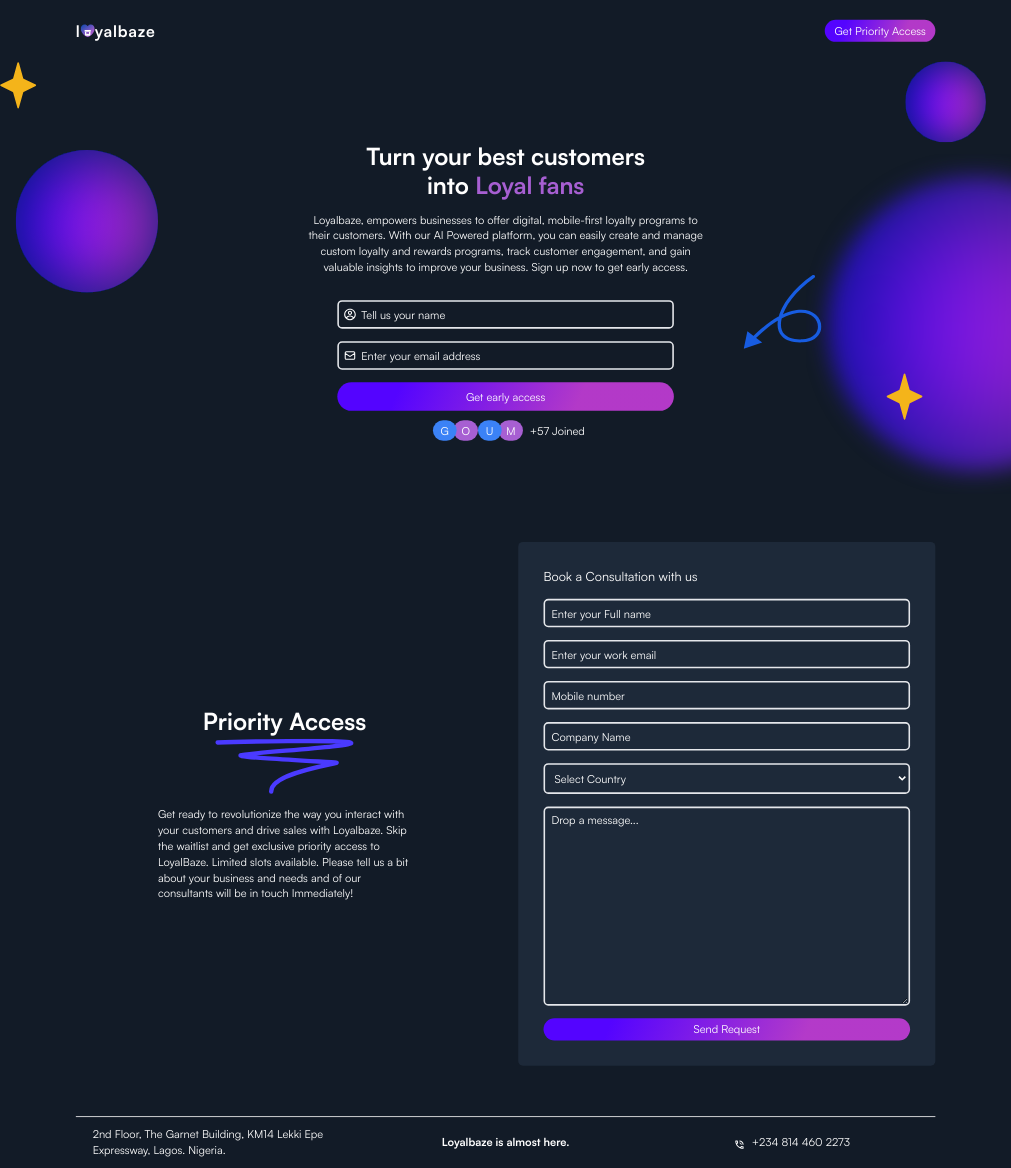
Repository: Jerified/loyalbaze
Page: /
The author's editor kept a copy of each file at every save. The page is drawn from the files as they stood at one save, then again after the next save.
The browser window is 1280 px wide. The pictures show the whole page, at 79% of full size.
The project was rebuilt for these pictures with package versions that can differ from the ones it lists, and the page was loaded fresh each time. The framework's server and built-in components were replaced by stand-ins that run in the browser. Also part of the build but not shown: next.config.js.

Above is the page before, as saved 2023-02-14 17:43:39.

### src/app/layout.tsx
import Header from '@/components/Header'
import localFont from '@next/font/local'
import './globals.css'
// import Providers from '../../';

const satoshi = localFont({
  src: [
    {
      path: '../../public/fonts/Satoshi-Regular.woff2',
      weight: '400',
    },
    {
      path: '../../public/fonts/Satoshi-Bold.woff2',
      weight: '700',
    },
  ]
})

export default function RootLayout({
  children,
}: {
  children: React.ReactNode
}) {
  return (
    <html lang="en">
      <head />
      <body className={satoshi.className}>
          <Header />
          {children}
      </body>
    </html>
  );
}

### src/app/page.tsx
import Contents from "@/components/Contents";
import Footer from "@/components/Footer";
import Form from "@/components/Form";


export default async function Home() {

  return  (
  <main className=''>
    <Contents />
    <Form />
    <Footer />
  </main>
  )
}

### src/components/Header.tsx
import { AiFillHome } from "react-icons/ai";
import { BsFillInfoCircleFill } from "react-icons/bs";
import Link from "next/link";

export default function Header() {
  return (
    <div className="flex justify-between px-8 sm:mx-auto items-center py-6 max-w-6xl mx-auto">
      <div className="text-xl font-semibold tracking-wider flex items-end justify-end">
        l
        <div className="relative">
          <svg
            width="10"
            height="8"
            viewBox="0 0 10 8"
            fill="none"
            xmlns="http://www.w3.org/2000/svg"
            className="absolute bottom-2 right-[0.23rem]"
          >
            <path
              d="M8.42822 3V5.57143C8.42822 6.51857 7.66108 7.28571 6.71394 7.28571H3.28537C2.33822 7.28571 1.57108 6.51857 1.57108 5.57143V3C1.57108 2.76429 1.76394 2.57143 1.99965 2.57143H2.84394C3.07965 2.57143 3.27251 2.76429 3.27251 3V4.34571C3.27295 4.5733 3.36327 4.7915 3.5238 4.95283C3.68432 5.11416 3.90207 5.20556 4.12965 5.20714C4.29251 5.20714 4.45537 5.16 4.59679 5.06571L5.00394 4.8L5.38108 5.05286C5.64251 5.22857 5.97679 5.25 6.25537 5.1C6.53822 4.95 6.71394 4.66286 6.71394 4.34143V3C6.71394 2.76429 6.90679 2.57143 7.14251 2.57143H7.99965C8.23537 2.57143 8.42822 2.76429 8.42822 3ZM9.07108 0.857143V1.28571C9.07108 1.75714 8.84394 2.14286 8.21394 2.14286H1.78537C1.12965 2.14286 0.928223 1.75714 0.928223 1.28571V0.857143C0.928223 0.385714 1.12965 0 1.78537 0H8.21394C8.84394 0 9.07108 0.385714 9.07108 0.857143Z"
              fill="white"
            />
          </svg>

          <span className="w-">
            <svg
              width="18"
              height="30"
              viewBox="0 0 34 30"
              fill="none"
              xmlns="http://www.w3.org/2000/svg"
            >
              <path
                d="M24.4002 0.169922C21.3835 0.169922 18.6835 1.63659 17.0002 3.88659C16.1404 2.73461 15.0239 1.79891 13.7394 1.15375C12.4549 0.508585 11.0376 0.171731 9.60016 0.169922C4.4835 0.169922 0.333496 4.33659 0.333496 9.48659C0.333496 11.4699 0.650163 13.3033 1.20016 15.0033C3.8335 23.3366 11.9502 28.3199 15.9668 29.6866C16.5335 29.8866 17.4668 29.8866 18.0335 29.6866C22.0502 28.3199 30.1668 23.3366 32.8002 15.0033C33.3502 13.3033 33.6668 11.4699 33.6668 9.48659C33.6668 4.33659 29.5168 0.169922 24.4002 0.169922Z"
                fill="url(#paint0_linear_1098_9360)"
              />
              <defs>
                <linearGradient
                  id="paint0_linear_1098_9360"
                  x1="2.3335"
                  y1="0.333333"
                  x2="19.3335"
                  y2="22.5"
                  gradientUnits="userSpaceOnUse"
                >
                  <stop stop-color="#175CE1" stop-opacity="0.71" />
                  <stop offset="1" stop-color="#A75FD2" stop-opacity="0.94" />
                </linearGradient>
              </defs>
            </svg>
          </span>
        </div>
        yalbaze
      </div>

      <button className=" px-3 py-1 rounded-full bg-[linear-gradient(112.92deg,_#5404FF_18.35%,rgba(189,_59,_210,_0.94)_71.49%)] text-sm">
        <div className="bg-inherit">Get Priority Access</div>
      </button>
    </div>
  );
}

### src/app/globals.css


@tailwind base;
@tailwind components;
@tailwind utilities;

body{
  background-color: #121B27;
  color: white;
  font-family: 'satoshi';
}

@layer components {
  input {
  @apply bg-inherit border-2 w-full rounded-md py-1 px-2 pl-2 placeholder:text-[14px] caret-[#A75FD2] outline-none placeholder:text-white
  }
}

### src/components/Contents.tsx
import React from 'react'
import {CgProfile} from 'react-icons/cg'
import { HiOutlineMail } from "react-icons/hi";

const Contents = () => {
  return (
    <div className="pt-8 lg:pt-0 pb-16 relative px-8">
      <div className="hidden lg:flex justify-end">
        <svg
          width="102"
          height="102"
          viewBox="0 0 102 102"
          fill="none"
          xmlns="http://www.w3.org/2000/svg"
        >
          <g filter="url(#filter0_i_1098_9860)">
            <circle
              cx="51"
              cy="51"
              r="51"
              fill="url(#paint0_linear_1098_9860)"
            />
          </g>
          <defs>
            <filter
              id="filter0_i_1098_9860"
              x="0"
              y="0"
              width="103.02"
              height="104.04"
              filterUnits="userSpaceOnUse"
              color-interpolation-filters="sRGB"
            >
              <feFlood flood-opacity="0" result="BackgroundImageFix" />
              <feBlend
                mode="normal"
                in="SourceGraphic"
                in2="BackgroundImageFix"
                result="shape"
              />
              <feColorMatrix
                in="SourceAlpha"
                type="matrix"
                values="0 0 0 0 0 0 0 0 0 0 0 0 0 0 0 0 0 0 127 0"
                result="hardAlpha"
              />
              <feOffset dx="1.02" dy="2.04" />
              <feGaussianBlur stdDeviation="25.5" />
              <feComposite
                in2="hardAlpha"
                operator="arithmetic"
                k2="-1"
                k3="1"
              />
              <feColorMatrix
                type="matrix"
                values="0 0 0 0 0 0 0 0 0 0.113725 0 0 0 0 0.431373 0 0 0 1 0"
              />
              <feBlend
                mode="normal"
                in2="shape"
                result="effect1_innerShadow_1098_9860"
              />
            </filter>
            <linearGradient
              id="paint0_linear_1098_9860"
              x1="5.1"
              y1="70.89"
              x2="100.108"
              y2="75.3654"
              gradientUnits="userSpaceOnUse"
            >
              <stop stop-color="#5404FF" />
              <stop offset="0.899616" stop-color="#BA2AD1" />
            </linearGradient>
          </defs>
        </svg>
      </div>
      <div className="absolute left-5 hidden lg:block -z-1">
        <svg
          width="180"
          height="200"
          viewBox="0 0 200 200"
          fill="none"
          xmlns="http://www.w3.org/2000/svg"
        >
          <g filter="url(#filter0_i_3346_6249)">
            <circle
              cx="100"
              cy="100"
              r="100"
              fill="url(#paint0_linear_3346_6249)"
            />
          </g>
          <defs>
            <filter
              id="filter0_i_3346_6249"
              x="0"
              y="0"
              width="202"
              height="204"
              filterUnits="userSpaceOnUse"
              color-interpolation-filters="sRGB"
            >
              <feFlood flood-opacity="0" result="BackgroundImageFix" />
              <feBlend
                mode="normal"
                in="SourceGraphic"
                in2="BackgroundImageFix"
                result="shape"
              />
              <feColorMatrix
                in="SourceAlpha"
                type="matrix"
                values="0 0 0 0 0 0 0 0 0 0 0 0 0 0 0 0 0 0 127 0"
                result="hardAlpha"
              />
              <feOffset dx="2" dy="4" />
              <feGaussianBlur stdDeviation="50" />
              <feComposite
                in2="hardAlpha"
                operator="arithmetic"
                k2="-1"
                k3="1"
              />
              <feColorMatrix
                type="matrix"
                values="0 0 0 0 0 0 0 0 0 0.113725 0 0 0 0 0.431373 0 0 0 1 0"
              />
              <feBlend
                mode="normal"
                in2="shape"
                result="effect1_innerShadow_3346_6249"
              />
            </filter>
            <linearGradient
              id="paint0_linear_3346_6249"
              x1="10"
              y1="139"
              x2="196.289"
              y2="147.775"
              gradientUnits="userSpaceOnUse"
            >
              <stop stop-color="#5404FF" />
              <stop offset="0.899616" stop-color="#BA2AD1" />
            </linearGradient>
          </defs>
        </svg>
      </div>
      <div className="absolute right-0 hidden lg:block -z-1">
        <svg
          width="260"
          height="460"
          viewBox="0 0 279 460"
          fill="none"
          xmlns="http://www.w3.org/2000/svg"
        >
          <g filter="url(#filter0_if_3250_3646)">
            <circle
              cx="230"
              cy="230"
              r="200"
              fill="url(#paint0_linear_3250_3646)"
            />
          </g>
          <defs>
            <filter
              id="filter0_if_3250_3646"
              x="0"
              y="0"
              width="460"
              height="460"
              filterUnits="userSpaceOnUse"
              color-interpolation-filters="sRGB"
            >
              <feFlood flood-opacity="0" result="BackgroundImageFix" />
              <feBlend
                mode="normal"
                in="SourceGraphic"
                in2="BackgroundImageFix"
                result="shape"
              />
              <feColorMatrix
                in="SourceAlpha"
                type="matrix"
                values="0 0 0 0 0 0 0 0 0 0 0 0 0 0 0 0 0 0 127 0"
                result="hardAlpha"
              />
              <feOffset dx="4" dy="8" />
              <feGaussianBlur stdDeviation="100" />
              <feComposite
                in2="hardAlpha"
                operator="arithmetic"
                k2="-1"
                k3="1"
              />
              <feColorMatrix
                type="matrix"
                values="0 0 0 0 0 0 0 0 0 0.113725 0 0 0 0 0.431373 0 0 0 1 0"
              />
              <feBlend
                mode="normal"
                in2="shape"
                result="effect1_innerShadow_3250_3646"
              />
              <feGaussianBlur
                stdDeviation="15"
                result="effect2_foregroundBlur_3250_3646"
              />
            </filter>
            <linearGradient
              id="paint0_linear_3250_3646"
              x1="50"
              y1="308"
              x2="422.578"
              y2="325.551"
              gradientUnits="userSpaceOnUse"
            >
              <stop stop-color="#5404FF" />
              <stop offset="0.899616" stop-color="#BA2AD1" />
            </linearGradient>
          </defs>
        </svg>
      </div>

      <h1 className="font-bold text-center text-3xl max-w-sm mx-auto">
        Turn your best customers into{" "}
        <span className="text-[#A75FD2] ">Loyal fans</span>
      </h1>
      <p className="text-center pt-4 max-w-[22rem] md:max-w-lg mx-auto text-sm z-100">
        Loyalbaze, empowers businesses to offer digital, mobile-first loyalty
        programs to their customers. With our AI Powered platform, you can
        easily create and manage custom loyalty and rewards programs, track
        customer engagement, and gain valuable insights to improve your
        business. Sign up now to get early access.
      </p>
      <form
        action=""
        className="pt-8 grid place-items-center gap-4 pb-3 relative"
      >
        <div className="absolute right-[13rem] top-0 hidden lg:block">
          <svg
            width="99"
            height="94"
            viewBox="0 0 99 94"
            fill="none"
            xmlns="http://www.w3.org/2000/svg"
          >
            <path
              d="M89.8737 3.49999C90.82 2.84772 91.0138 1.6312 90.3065 0.782795C89.5992 -0.0656061 88.2586 -0.224608 87.3123 0.427655L89.8737 3.49999ZM75.1908 83.4453L75.2913 85.3794L75.1908 83.4453ZM0.487821 93.343L23.7889 85.632L5.03935 71.2977L0.487821 93.343ZM87.3123 0.427655C63.2326 17.0251 47.5056 38.4428 43.9972 55.6668C42.2394 64.2962 43.5064 72.1624 48.7779 77.7112C54.0665 83.278 62.9501 86.0571 75.2913 85.3794L75.0903 81.5112C63.5102 82.147 56.1583 79.4988 52.0369 75.1606C47.8985 70.8045 46.5811 64.288 48.2042 56.3198C51.4574 40.3488 66.3528 19.7123 89.8737 3.49999L87.3123 0.427655ZM75.2913 85.3794C87.4389 84.7124 94.9158 78.9117 97.5774 71.5997C100.191 64.4195 98.034 56.077 91.6943 50.4846C85.2748 44.8217 74.8195 42.1622 61.2105 45.8016C47.6707 49.4225 30.939 59.2723 11.4376 78.6706L14.5831 81.2586C33.8025 62.1408 49.8871 52.8556 62.3705 49.5172C74.7847 46.1974 83.5594 48.7545 88.6881 53.2787C93.8967 57.8734 95.6063 64.6887 93.5159 70.4314C91.4735 76.0424 85.6761 80.9299 75.0903 81.5112L75.2913 85.3794Z"
              fill="#175CE1"
            />
          </svg>
        </div>
        <div className="w-[80%] md:w-[60%] lg:max-w-[35%] relative flex items-center">
          <input
            type="text"
            className=" bg-inherit border-2 w-full rounded-md py-1 px-2 pl-7 placeholder:text-[14px] "
            placeholder="Tell us your name"
          />
          <CgProfile className="absolute left-2 top-[50%] -translate-y-[50%]" />
        </div>
        <div className="w-[80%] md:w-[60%] lg:max-w-[35%] relative flex items-center">
          <input
            type="text"
            className=" bg-inherit border-2 w-full rounded-md py-1 px-2 pl-7 placeholder:text-[14px] placeholder:pt-[-1px] "
            placeholder="Enter your email address"
          />
          <HiOutlineMail className="absolute left-2 top-[50%] -translate-y-[50%]" />
        </div>
        <button className="text-sm bg-[linear-gradient(112.92deg,_#5404FF_18.35%,rgba(189,_59,_210,_0.94)_71.49%)] rounded-full w-[80%] md:w-[60%] lg:max-w-[35%] py-2">
          Get early access
        </button>
        <div className="absolute bottom-0  right-0 lg:right-20">
          <svg
            width="46"
            height="60"
            viewBox="0 0 46 60"
            fill="none"
            xmlns="http://www.w3.org/2000/svg"
          >
            <path
              d="M22.0364 1.47205C22.3075 0.495278 23.6925 0.495274 23.9636 1.47205L29.3625 20.9258C29.4386 21.2002 29.6282 21.4291 29.8836 21.5551L45.1824 29.1032C45.9257 29.47 45.9257 30.53 45.1823 30.8968L29.8836 38.4449C29.6282 38.5709 29.4386 38.7998 29.3625 39.0742L23.9636 58.5279C23.6925 59.5047 22.3075 59.5047 22.0364 58.528L16.6375 39.0742C16.5614 38.7998 16.3718 38.5709 16.1164 38.4449L0.817651 30.8968C0.0742599 30.53 0.0742621 29.47 0.817654 29.1032L16.1164 21.5551C16.3718 21.4291 16.5614 21.2002 16.6375 20.9258L22.0364 1.47205Z"
              fill="#F4B41A"
            />
          </svg>
        </div>
      </form>
      <div className="flex relative text-sm justify-center items-center">
        <p className="bg-blue-500 rounded-full w-fit px-[10px] py-[3px] relative  left-2 z-10">
          G
        </p>
        <p className="bg-[#A75FD2] rounded-full w-fit px-[10px] py-[3px] relative left-1">
          O
        </p>
        <p className="bg-blue-500 rounded-full w-fit px-[10px] py-[3px] relative left-1">
          U
        </p>
        <p className="bg-[#A75FD2] rounded-full w-fit px-[10px] py-[3px]">M</p>
        <p className="pl-2 font-medium">+57 Joined</p>
      </div>
      <div className="absolute inset-0 lg:">
        <svg
          width="46"
          height="60"
          viewBox="0 0 46 60"
          fill="none"
          xmlns="http://www.w3.org/2000/svg"
        >
          <path
            d="M22.0364 1.47205C22.3075 0.495278 23.6925 0.495274 23.9636 1.47205L29.3625 20.9258C29.4386 21.2002 29.6282 21.4291 29.8836 21.5551L45.1824 29.1032C45.9257 29.47 45.9257 30.53 45.1823 30.8968L29.8836 38.4449C29.6282 38.5709 29.4386 38.7998 29.3625 39.0742L23.9636 58.5279C23.6925 59.5047 22.3075 59.5047 22.0364 58.528L16.6375 39.0742C16.5614 38.7998 16.3718 38.5709 16.1164 38.4449L0.817651 30.8968C0.0742599 30.53 0.0742621 29.47 0.817654 29.1032L16.1164 21.5551C16.3718 21.4291 16.5614 21.2002 16.6375 20.9258L22.0364 1.47205Z"
            fill="#F4B41A"
          />
        </svg>
      </div>
    </div>
  );
}

export default Contents

### src/components/Footer.tsx
import React from 'react'
import {MdOutlinePhoneInTalk} from 'react-icons/md'

const Footer = () => {
  return (
    <div className='max-w-6xl mx-auto px-8'>
      <div
        className="border-b border-white
        "
      />
      <div className="lg:grid lg:grid-cols-3 text-center gap-y-3 text-sm py-3 lg:gap-0 items-center">
        <div className="font-semibold order-2 ">Loyalbaze is almost here.</div>
        <div className="max-w-[20rem] mx-auto order-1 lg:text-start">
          2nd Floor, The Garnet Building, KM14 Lekki Epe Expressway, Lagos.
          Nigeria.
        </div>
        <div className="flex justify-center items-center gap-2 order-3 lg:items-end">
          <MdOutlinePhoneInTalk />
          <p className="">+234 814 460 2273</p>
        </div>
      </div>
    </div>
  );
}

export default Footer

### src/components/Form.tsx
import React from "react";

const Form = () => {
  return (
    <>
      <main className="lg:grid grid-cols-2 gap-8 items-center max-w-6xl mx-auto px-8">
        <div className="text-center lg:text-start lg:place-items-center">
          <h1 className="font-semibold text-3xl ">Priority Access</h1>
          <div className="grid place-items-center pt-1">
            <svg
              width="176"
              height="70"
              viewBox="0 0 176 70"
              fill="none"
              xmlns="http://www.w3.org/2000/svg"
            >
              <path
                d="M3.5 4.8585C26.7327 3.78401 160.807 1.27686 171.613 4.8585C185.121 9.33556 39.9697 17.9315 32.6758 21.155C26.8406 23.7338 146.678 29.5718 153.702 30.2882C160.726 31.0045 70.2263 42.3583 71.3069 67"
                stroke="#4A3AFF"
                stroke-width="5.55173"
                stroke-linecap="round"
              />
            </svg>
          </div>
          <p className="pt-4 text-sm max-w-[22rem] md:max-w-lg lg:max-w-[20rem] mx-auto lg:m-0">
            Get ready to revolutionize the way you interact with your customers
            and drive sales with Loyalbaze. Skip the waitlist and get exclusive
            priority access to LoyalBaze. Limited slots available. Please tell
            us a bit about your business and needs and of our consultants will
            be in touch Immediately!
          </p>
        </div>
        <div className=" -auto">
          <form action="" className="py-8 bg-[#1D2939] my-16 rounded-md">
            <div className=" flex flex-col gap-4 mx-auto px-6 lg:px-8">
              <p className="">Book a Consultation with us</p>
              <input
                type="text"
                className="input"
                placeholder="Enter your Full name"
              />
              <input
                type="email"
                className="input"
                placeholder="Enter your work email"
              />
              <input type="tel" className="input" placeholder="Mobile number" />
              <input type="text" className="input" placeholder="Company Name" />
              <select
                name="Select Country"
                id=""
                className=" bg-inherit border-2 w-full rounded-md py-2 px-2 pl-2 placeholder:text-[14px] caret-[#A75FD2] outline-none text-[14px]"
              >
                <option
                  value="Select Country"
                  className="placeholder:text-[14px] text-[14px]"
                >
                  Select Country
                </option>
              </select>
              <textarea
                name=""
                id=""
                cols="0"
                rows="10"
                placeholder="Drop a message..."
                className=" bg-inherit border-2 w-full rounded-md py-1 px-2 pl-2 placeholder:text-[14px] caret-[linear-gradient(112.92deg,_#5404FF_18.35%,rgba(189,_59,_210,_0.94)_71.49%)] outline-none resize-non placeholder:text-white"
              />
              <button className=" px-3 py-1 rounded-full bg-[linear-gradient(112.92deg,_#5404FF_18.35%,rgba(189,_59,_210,_0.94)_71.49%)] text-sm">
                Send Request
              </button>
            </div>
          </form>
        </div>
      </main>
    </>
  );
};

export default Form;

### tailwind.config.js
/** @type {import('tailwindcss').Config} */
module.exports = {
  content: ["./src/**/*.{html,js,jsx,ts,tsx}"],
  theme: {
    fontFamily: {
      'satochi': ['Satoshi', 'sans-serif'],
    },
    extend: {},
  },
  plugins: [],
  darkMoode:"class"
}

After the next save:
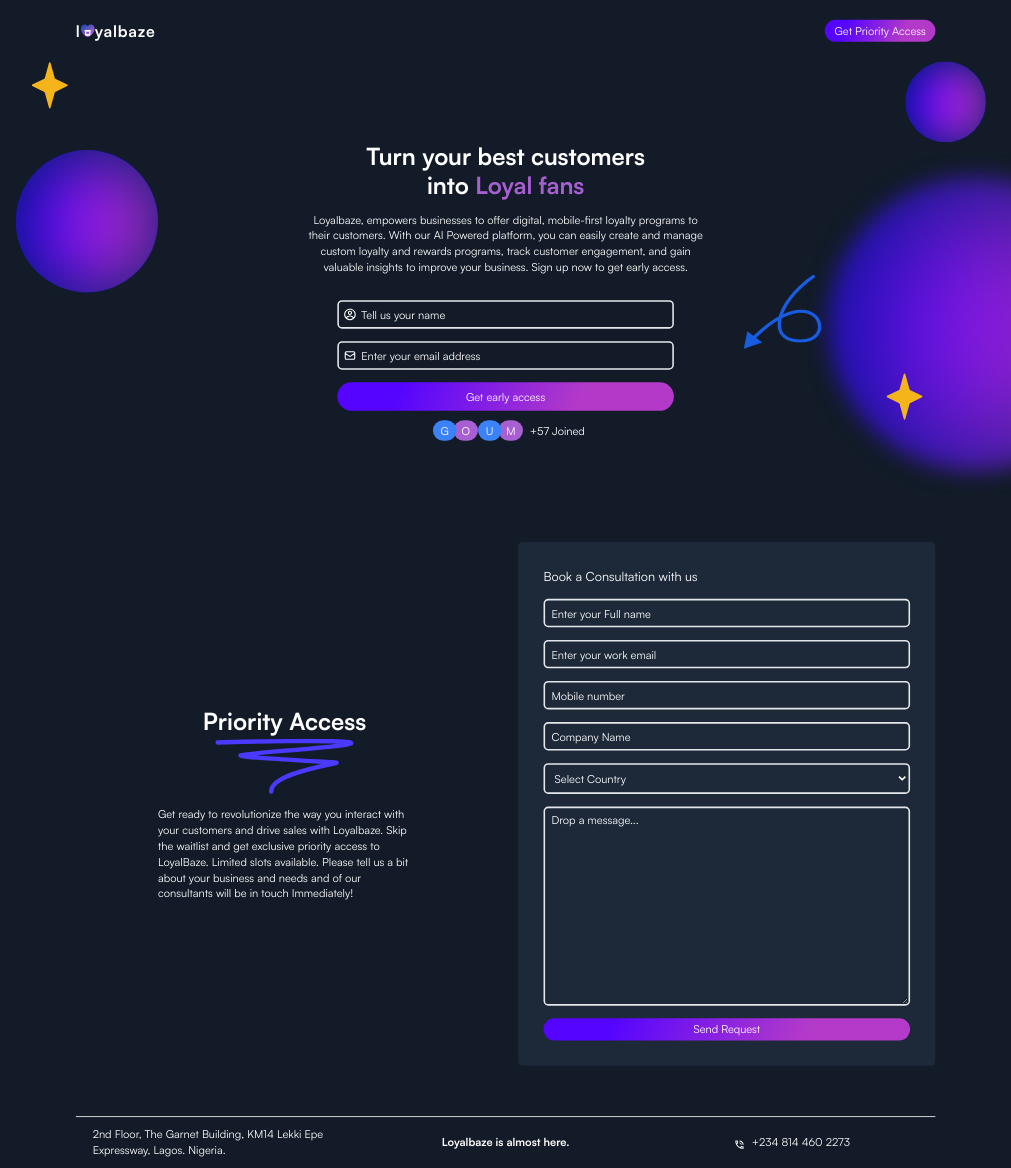
Saved 5 s later.
--- a/src/components/Contents.tsx
+++ b/src/components/Contents.tsx
@@ -299,7 +299,7 @@
         <p className="bg-[#A75FD2] rounded-full w-fit px-[10px] py-[3px]">M</p>
         <p className="pl-2 font-medium">+57 Joined</p>
       </div>
-      <div className="absolute inset-0 lg:">
+      <div className="absolute inset-0 lg:left-10">
         <svg
           width="46"
           height="60"
